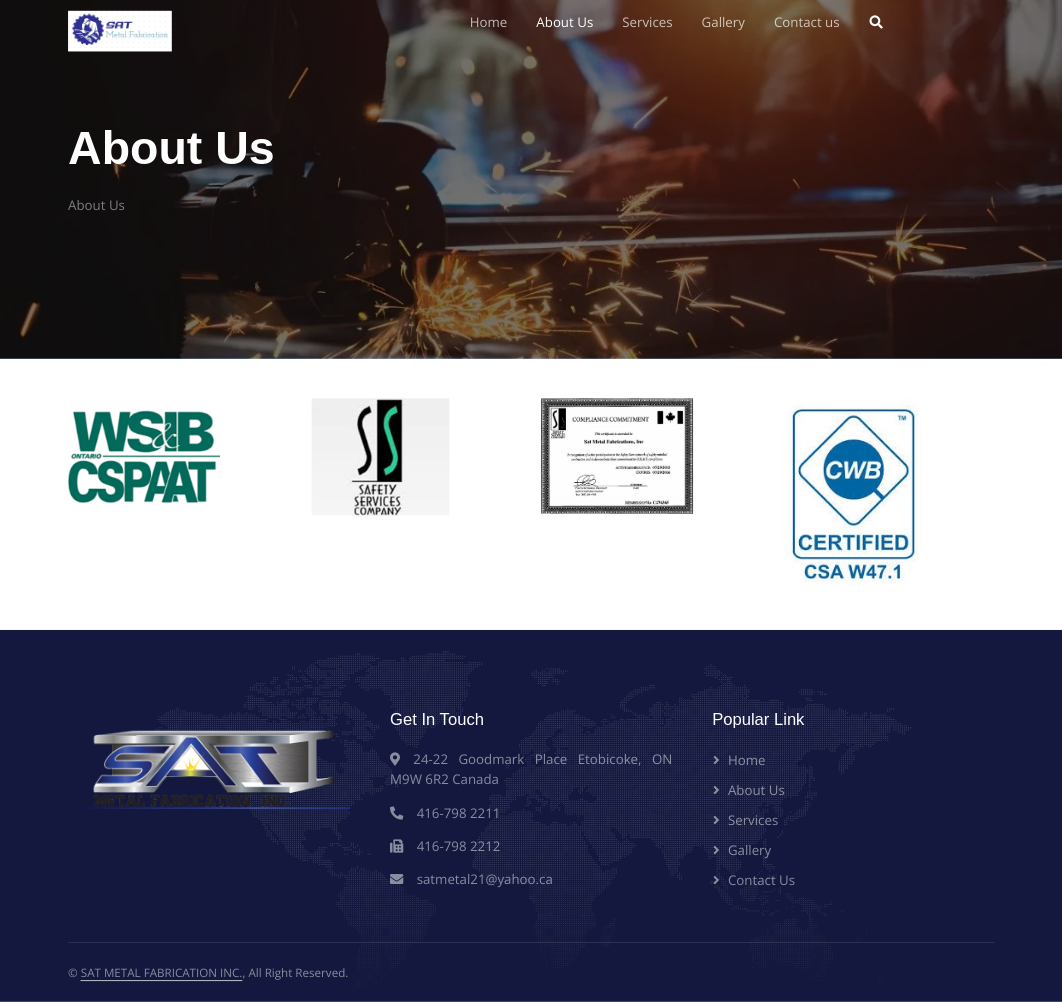
Repository: dzyte-services/satmetal
Page: http://localhost/about.php
The author's editor kept a copy of each file at every save. The page is drawn from the files as they stood at one save, then again after a run of saves.
The browser window is 1280 px wide. The pictures show the whole page, at 83% of full size.
Some web fonts or font styles are not loaded; a fallback is used. Some web libraries are served in a nearby version. The page is run by PHP 8.4 with error messages shown; the project is at /var/www/html/.

Above is the page before, as saved 2023-11-08 10:19:03.

### about.php
<!DOCTYPE html>
<html lang="en">

<head>
    <meta charset="utf-8">
    <title>SAT - About</title>
    <meta content="width=device-width, initial-scale=1.0" name="viewport">
    <meta content="" name="keywords">
    <meta content="" name="description">

    <!-- Favicon -->
    <link href="img/favicon.ico" rel="icon">

    <!-- Google Web Fonts -->
    <link rel="preconnect" href="https://fonts.googleapis.com">
    <link rel="preconnect" href="https://fonts.gstatic.com" crossorigin>
    <link href="https://fonts.googleapis.com/css2?family=Open+Sans:wght@400;600&family=Ubuntu:wght@500;700&display=swap"
        rel="stylesheet">

    <!-- Icon Font Stylesheet -->
    <link href="https://cdnjs.cloudflare.com/ajax/libs/font-awesome/5.10.0/css/all.min.css" rel="stylesheet">
    <link href="https://cdn.jsdelivr.net/npm/bootstrap-icons@1.4.1/font/bootstrap-icons.css" rel="stylesheet">

    <!-- Libraries Stylesheet -->
    <link href="lib/animate/animate.min.css" rel="stylesheet">
    <link href="lib/owlcarousel/assets/owl.carousel.min.css" rel="stylesheet">

    <!-- Customized Bootstrap Stylesheet -->
    <link href="css/bootstrap.min.css" rel="stylesheet">

    <!-- Template Stylesheet -->
    <link href="css/style.css" rel="stylesheet">
</head>

<body>
    <!-- Spinner Start -->
    <!-- <div id="spinner"
        class="show bg-white position-fixed translate-middle w-100 vh-100 top-50 start-50 d-flex align-items-center justify-content-center">
        <div class="spinner-grow text-primary" style="width: 3rem; height: 3rem;" role="status">
            <span class="sr-only">Loading...</span>
        </div>
    </div> -->
    <!-- Spinner End -->


    <!-- Navbar Start -->
    <?php
        include "header.php";
    ?>
    <!-- Navbar End -->





    <!-- Full Screen Search Start -->
    <div class="modal fade" id="searchModal" tabindex="-1">
        <div class="modal-dialog modal-fullscreen">
            <div class="modal-content" style="background: rgba(20, 24, 62, 0.7);">
                <div class="modal-header border-0">
                    <button type="button" class="btn btn-square bg-white btn-close" data-bs-dismiss="modal"
                        aria-label="Close"></button>
                </div>
                <div class="modal-body d-flex align-items-center justify-content-center">
                    <div class="input-group" style="max-width: 600px;">
                        <input type="text" class="form-control bg-transparent border-light p-3"
                            placeholder="Type search keyword">
                        <button class="btn btn-light px-4"><i class="bi bi-search"></i></button>
                    </div>
                </div>
            </div>
        </div>
    </div>
    <!-- Full Screen Search End -->


    <!-- About Start -->
    <!-- Modal gallery -->
    <!-- Section: Images -->
    <div class="container-fluid py-5">
        <div class="container">
            <div class="row d-flex justify-content-center">
                <!-- Left Image -->
                <div class="col-lg-3 mb-4 mb-lg-0">
                    <div class="bg-image hover-overlay ripple shadow-1-strong rounded" data-ripple-color="light">
                        <img src="img/img2.png" class="" style='width:70%;' /> <!-- Adjust width to your needs -->
                        <a href="#!" data-mdb-toggle="modal" data-mdb-target="#exampleModal2">
                            <div class="mask" style="background-color: rgba(251, 251, 251, 0.2);"></div>
                        </a>
                    </div>
                </div>

                <!-- Right Image -->
                <div class="col-lg-3 mb-4 mb-lg-0">
                    <div class="bg-image hover-overlay ripple shadow-1-strong rounded" data-ripple-color="light">
                        <img src="img/img3.png" class="" style='width:70%;' /> <!-- Adjust width to your needs -->
                        <a href="#!" data-mdb-toggle="modal" data-mdb-target="#exampleModal2">
                            <div class="mask" style="background-color: rgba(251, 251, 251, 0.2);"></div>
                        </a>
                    </div>
                </div>

                <div class="col-lg-3 mb-4 mb-lg-0">
                    <div class="bg-image hover-overlay ripple shadow-1-strong rounded" data-ripple-color="light">
                        <img src="img/img1.png" class="" style='width:70%;' /> <!-- Adjust width to your needs -->
                        <a href="#!" data-mdb-toggle="modal" data-mdb-target="#exampleModal2">
                            <div class="mask" style="background-color: rgba(251, 251, 251, 0.2);"></div>
                        </a>
                    </div>
                </div>
                <div class="col-lg-3 mb-4 mb-lg-0">
                    <div class="bg-image hover-overlay ripple shadow-1-strong rounded" data-ripple-color="light">
                        <img src="img/img4.jpeg" class="" style='width:70%;' /> <!-- Adjust width to your needs -->
                        <a href="#!" data-mdb-toggle="modal" data-mdb-target="#exampleModal2">
                            <div class="mask" style="background-color: rgba(251, 251, 251, 0.2);"></div>
                        </a>
                    </div>
                </div>
            </div>

        </div>
    </div>


    <!-- Footer Start -->
    <?php
        include "footer.php";
    ?>
    <!-- Footer End -->


    <!-- Back to Top -->
    <a href="#" class="btn btn-lg btn-primary btn-lg-square back-to-top pt-2"><i class="bi bi-arrow-up"></i></a>


    <!-- JavaScript Libraries -->
    <script src="https://ajax.googleapis.com/ajax/libs/jquery/3.6.1/jquery.min.js"></script>
    <script src="https://cdn.jsdelivr.net/npm/bootstrap@5.0.0/dist/js/bootstrap.bundle.min.js"></script>
    <script src="lib/wow/wow.min.js"></script>
    <script src="lib/easing/easing.min.js"></script>
    <script src="lib/waypoints/waypoints.min.js"></script>
    <script src="lib/counterup/counterup.min.js"></script>
    <script src="lib/owlcarousel/owl.carousel.min.js"></script>

    <!-- Template Javascript -->
    <script src="js/main.js"></script>
</body>

</html>

### header.php
    <?php
        $currentPage1 = basename($_SERVER['PHP_SELF']);
    ?>
    <!-- Spinner Start -->
    <div id="spinner"
        class="show bg-white position-fixed translate-middle w-100 vh-100 top-50 start-50 d-flex align-items-center justify-content-center">
        <div class="spinner-grow text-primary" style="width: 3rem; height: 3rem;" role="status">
            <span class="sr-only">Loading...</span>
        </div>
    </div>
    <!-- Spinner End -->


    <!-- Navbar Start -->
    <div class="container-fluid sticky-top">
        <div class="container">
            <nav class="navbar navbar-expand-lg navbar-dark p-0">
                <div class="row">
                    <div class="col-lg-4">
                        <a href="index.php" class="navbar-brand">
                            <img class="img-fluid" width="40%" height="40%" src="img/logo1.jpeg" alt="">
                        </a>
                        <button type="button" class="navbar-toggler ms-auto me-0" data-bs-toggle="collapse"
                            data-bs-target="#navbarCollapse">
                            <span class="navbar-toggler-icon"></span>
                        </button>
                    </div>
                    <div class="col-lg-8 ">
                    <div class="collapse navbar-collapse" id="navbarCollapse">
                    <div class="navbar-nav ms-auto">
                        <a href="index.php" class="nav-item nav-link  <?php echo ($currentPage1 === 'index.php') ? 'active' : ''; ?>">Home</a>
                        <a href="about.php" class="nav-item nav-link <?php echo ($currentPage1 === 'about.php') ? 'active' : ''; ?>">About Us</a>
                        <a href="service.php" class="nav-item nav-link <?php echo ($currentPage1 === 'service.php') ? 'active' : ''; ?>">Services</a>
                        <a href="project.php" class="nav-item nav-link <?php echo ($currentPage1 === 'project.php') ? 'active' : ''; ?>">Gallery</a>

                        <a href="contact.php" class="nav-item nav-link <?php echo ($currentPage1 === 'contact.php') ? 'active' : ''; ?>">Contact us</a>
                    </div>
                    <butaton type="button" class="btn text-white p-0 d-none d-lg-block" data-bs-toggle="modal"
                        data-bs-target="#searchModal"><i class="fa fa-search"></i></butaton>
                </div>
                    </div>
                </div>


            </nav>
        </div>
    </div>
    <!-- Navbar End -->

    <div>
          <?php
                $currentPage = $_SERVER['SCRIPT_NAME'];
                $current_page = basename($currentPage);

                if ($current_page === "index.php") {
                    include("header/home.php");
                } elseif ($current_page === "about.php") {
                    include("header/about.php");
                } elseif ($current_page === "service.php") {
                    include("header/service.php");
                } elseif ($current_page === "project.php") {
                    include("header/gallery.php");
                } elseif ($current_page === "contact.php") {
                    include("header/contact.php");
                }



            ?>
    </div>

### header/about.php
<!-- Hero Start -->
<div class="container-fluid pt-5 bg-primary hero-header">
        <div class="container pt-5">
            <div class="row g-5 pt-5">
                <div class="col-lg-6 align-self-center text-center text-lg-start mb-lg-5">
                    <h1 class="display-4 text-white mb-4 animated slideInRight">About Us</h1>
                    <nav aria-label="breadcrumb">
                        <ol class="breadcrumb justify-content-center justify-content-lg-start mb-0">
                            <!-- <li class="breadcrumb-item"><a class="text-white" href="#">Home</a></li> -->
                            <!-- <li class="breadcrumb-item"><a class="text-white" href="#">Pages</a></li> -->
                            <li class="breadcrumb-item text-white active" aria-current="page">About Us</li>
                        </ol>
                    </nav>
                </div>
            </div>
        </div>
    </div>
    <!-- Hero End -->

### css/style.css
/********** Template CSS **********/
:root {
    --primary: #1363C6;
    --secondary: #15ACE1;
    --light: #F4F7FE;
    --dark: #14183E;
}


/*** Spinner ***/
#spinner {
    opacity: 0;
    visibility: hidden;
    transition: opacity .5s ease-out, visibility 0s linear .5s;
    z-index: 99999;
}

#spinner.show {
    transition: opacity .5s ease-out, visibility 0s linear 0s;
    visibility: visible;
    opacity: 1;
}

.back-to-top {
    position: fixed;
    display: none;
    right: 45px;
    bottom: 45px;
    z-index: 99;
}


/*** Heading ***/
h1,
h2,
h3,
.fw-bold {
    font-weight: 700 !important;
}

h4,
h5,
h6,
.fw-medium {
    font-weight: 500 !important;
}


/*** Button ***/
.btn {
    font-weight: 500;
    transition: .5s;
}

.btn-square {
    width: 38px;
    height: 38px;
}

.btn-sm-square {
    width: 32px;
    height: 32px;
}

.btn-lg-square {
    width: 48px;
    height: 48px;
}

.btn-square,
.btn-sm-square,
.btn-lg-square {
    padding: 0;
    display: flex;
    align-items: center;
    justify-content: center;
    font-weight: normal;
    border-radius: 50px;
}


/*** Navbar ***/
.sticky-top {
    top: -150px;
    transition: .5s;
}

.navbar {
    padding: 11px 0 !important;
    height: 75px;
}

.navbar .navbar-nav .nav-link {
    margin-right: 35px;
    padding: 0;
    color: rgba(255, 255, 255, .7);
    outline: none;
}

.navbar .navbar-nav .nav-link:hover,
.navbar .navbar-nav .nav-link.active {
    color: rgba(255, 255, 255, 1);
}

.navbar .dropdown-toggle::after {
    border: none;
    content: "\f107";
    font-family: "Font Awesome 5 Free";
    font-weight: 900;
    vertical-align: middle;
    margin-left: 8px;
}

@media (max-width: 991.98px) {
    .navbar .navbar-nav {
        padding: 0 15px;
        background: var(--primary);
    }

    .navbar .navbar-nav .nav-link  {
        margin-right: 0;
        padding: 10px 0;
    }
}

@media (min-width: 992px) {
    .navbar .nav-item .dropdown-menu {
        display: block;
        border: none;
        margin-top: 0;
        top: 150%;
        opacity: 0;
        visibility: hidden;
        transition: .5s;
    }

    .navbar .nav-item:hover .dropdown-menu {
        top: 100%;
        visibility: visible;
        transition: .5s;
        opacity: 1;
    }
}


/*** Hero Header ***/
.hero-header {
    margin-top: -75px;
    background: url(../img/background2.webp) center center no-repeat ;
    background-size: cover;
    width: 100%;
    background-size: cover;
    position: relative;
    min-height: 60vh;
    padding: 160px 0 60px 0;

}
.hero-header::before {
    content: "";
    position: absolute;
    top: 0;
    left: 0;
    width: 100%;
    height: 100%;
    background: rgba(0, 0, 0, 0.5); /* Adjust the opacity as needed (0.5 for 50% opacity) */
}

.hero-header .breadcrumb-item+.breadcrumb-item::before {
    color: var(--light);
}


/*** Section Title ***/
.section-title::before {
    position: absolute;
    content: "";
    width: 45px;
    height: 4px;
    bottom: 0;
    left: 0;
    background: var(--dark);
}

.section-title::after {
    position: absolute;
    content: "";
    width: 4px;
    height: 4px;
    bottom: 0;
    left: 50px;
    background: var(--dark);
}

.section-title.text-center::before {
    left: 50%;
    margin-left: -25px;
}

.section-title.text-center::after {
    left: 50%;
    margin-left: 25px;
}

.section-title h6::before,
.section-title h6::after {
    position: absolute;
    content: "";
    width: 10px;
    height: 10px;
    top: 2px;
    left: 0;
    background: rgba(33, 66, 177, .5);
}

.section-title h6::after {
    top: 5px;
    left: 3px;
}


/*** About ***/
.about-img {
    position: relative;
    overflow: hidden;
}

.about-img::after {
    position: absolute;
    content: "";
    width: 100%;
    height: 100%;
    top: 0;
    left: 0;
    background: url(../img/bg-about-img.png) top left no-repeat;
    background-size: contain;
}


/*** Service ***/
.service-item {
    position: relative;
    padding: 45px 30px;
    background: #FFFFFF;
    transition: .5s;
}

.service-item:hover {
    background: var(--primary);
}

.service-item .service-icon {
    margin: 0 auto 20px auto;
    width: 90px;
    height: 90px;
    color: var(--primary);
    background: var(--light);
    transition: .5s;
}

.service-item:hover .service-icon {
    background: #FFFFFF;
}

.service-item h5,
.service-item p {
    transition: .5s;
}

.service-item:hover h5,
.service-item:hover p {
    color: #FFFFFF;
}

.service-item a.btn {
    position: relative;
    display: flex;
    color: var(--primary);
    transition: .5s;
    z-index: 1;
}

.service-item:hover a.btn {
    color: var(--primary);
}

.service-item a.btn::before {
    position: absolute;
    content: "";
    width: 35px;
    height: 35px;
    top: 0;
    left: 0;
    border-radius: 35px;
    background: var(--light);
    transition: .5s;
    z-index: -1;
}

.service-item:hover a.btn::before {
    width: 100%;
    background: var(--light);
}


/*** Feature ***/
.feature {
    background: url(../img/bg-hero.png) center center no-repeat;
    background-size: cover;
}


/*** Newsletter ***/
.newsletter {
    background: url(../img/bg-hero.png) center center no-repeat;
    background-size: cover;
}

@media (min-width: 992px) {
    .newsletter .container {
        max-width: 100% !important;
    }

    .newsletter .newsletter-text  {
        padding-right: calc(((100% - 960px) / 2) + .75rem);
    }
}

@media (min-width: 1200px) {
    .newsletter .newsletter-text  {
        padding-right: calc(((100% - 1140px) / 2) + .75rem);
    }
}

@media (min-width: 1400px) {
    .newsletter .newsletter-text  {
        padding-right: calc(((100% - 1320px) / 2) + .75rem);
    }
}


/*** Case Study ***/
.case-item img {
    transition: .5s;
}

.case-item:hover img {
    transform: scale(1.2);
}

.case-overlay {
    position: absolute;
    padding: 30px;
    width: 100%;
    height: 100%;
    top: 0;
    left: 0;
    display: flex;
    flex-direction: column;
    align-items: flex-start;
    justify-content: flex-end;
    background: linear-gradient(rgba(20, 24, 62, 0), var(--dark));
    z-index: 1;
}

.case-overlay small {
    display: inline-block;
    padding: 3px 15px;
    color: #FFFFFF;
    background: rgba(20, 24, 62, .7);
    border-radius: 25px;
    margin-bottom: 15px;
}

.case-overlay span.btn:hover {
    color: var(--primary);
    background: #FFFFFF;
    border-color: #FFFFFF;
}


/*** FAQs ***/
.accordion .accordion-item {
    border: none;
    margin-bottom: 15px;
}

.accordion .accordion-button {
    background: var(--light);
    border-radius: 2px;
}

.accordion .accordion-button:not(.collapsed) {
    color: #FFFFFF;
    background: var(--primary);
    box-shadow: none;
}

.accordion .accordion-button:not(.collapsed)::after {
    background-image: url("data:[embedded picture, 261 characters]");
}

.accordion .accordion-body {
    padding: 15px 0 0 0;
}


/*** Testimonial ***/
.testimonial-carousel {
    position: relative;
}

.testimonial-carousel .owl-nav {
    position: absolute;
    width: 40px;
    height: 100%;
    top: calc(50% - 50px);
    left: -21px;
    display: flex;
    flex-direction: column;
    align-items: center;
}

.testimonial-carousel .owl-nav .owl-prev,
.testimonial-carousel .owl-nav .owl-next {
    margin: 5px 0;
    width: 40px;
    height: 40px;
    display: flex;
    align-items: center;
    justify-content: center;
    color: var(--primary);
    background: #FFFFFF;
    border: 1px solid var(--primary);
    border-radius: 40px;
    font-size: 18px;
    transition: .5s;
}

.testimonial-carousel .owl-nav .owl-prev:hover,
.testimonial-carousel .owl-nav .owl-next:hover {
    background: var(--primary);
    color: #FFFFFF;
}

.testimonial-carousel .owl-dots {
    margin-top: 35px;
    margin-left: 3rem;
}

.testimonial-carousel .owl-dot {
    position: relative;
    display: inline-block;
    margin-right: 10px;
    width: 15px;
    height: 15px;
    background: #FFFFFF;
    border: 1px solid var(--primary);
    border-radius: 15px;
    transition: .5s;
}

.testimonial-carousel .owl-dot.active {
    width: 30px;
    background: var(--primary);
}


/*** Team ***/
.team-item {
    transition: .5s;
    border: 1px solid transparent;
    transition: .5s;
}

.team-item:hover {

    border-color: var(--primary);
}


/*** Footer ***/
.footer {
    background: url(../img/footer.png) center center no-repeat;
    background-size: contain;
}

.footer .btn.btn-social {
    margin-right: 5px;
    width: 40px;
    height: 40px;
    display: flex;
    align-items: center;
    justify-content: center;
    color: rgba(255,255,255,.5);
    border: 1px solid rgba(256, 256, 256, .1);
    border-radius: 40px;
    transition: .3s;
}

.footer .btn.btn-social:hover {
    color: var(--primary);
}

.footer .btn.btn-link {
    display: block;
    margin-bottom: 10px;
    padding: 0;
    text-align: left;
    color: rgba(255,255,255,.5);
    font-weight: normal;
    transition: .3s;
}

.footer .btn.btn-link:hover {
    color: #FFFFFF;
}

.footer .btn.btn-link::before {
    position: relative;
    content: "\f105";
    font-family: "Font Awesome 5 Free";
    font-weight: 900;
    margin-right: 10px;
}

.footer .btn.btn-link:hover {
    letter-spacing: 1px;
    box-shadow: none;
}

.footer .copyright {
    padding: 25px 0;
    font-size: 14px;
    border-top: 1px solid rgba(256, 256, 256, .1);
}

.footer .copyright a {
    color: rgba(255,255,255,.5);
}

.footer .copyright a:hover {
    color: #FFFFFF;
}

.footer .footer-menu a {
    margin-right: 15px;
    padding-right: 15px;
    border-right: 1px solid rgba(255, 255, 255, .1);
}

.footer .footer-menu a:last-child {
    margin-right: 0;
    padding-right: 0;
    border-right: none;
}

Loaded but not shown: lib/animate/animate.min.css (library); lib/owlcarousel/assets/owl.carousel.min.css (common file); css/bootstrap.min.css (library); lib/wow/wow.min.js (library); lib/easing/easing.min.js (common file); lib/waypoints/waypoints.min.js (library); lib/counterup/counterup.min.js (common file); lib/owlcarousel/owl.carousel.min.js (library); js/main.js (64 lines, source omitted); footer.php (70 lines, source omitted)

After the next 2 saves:
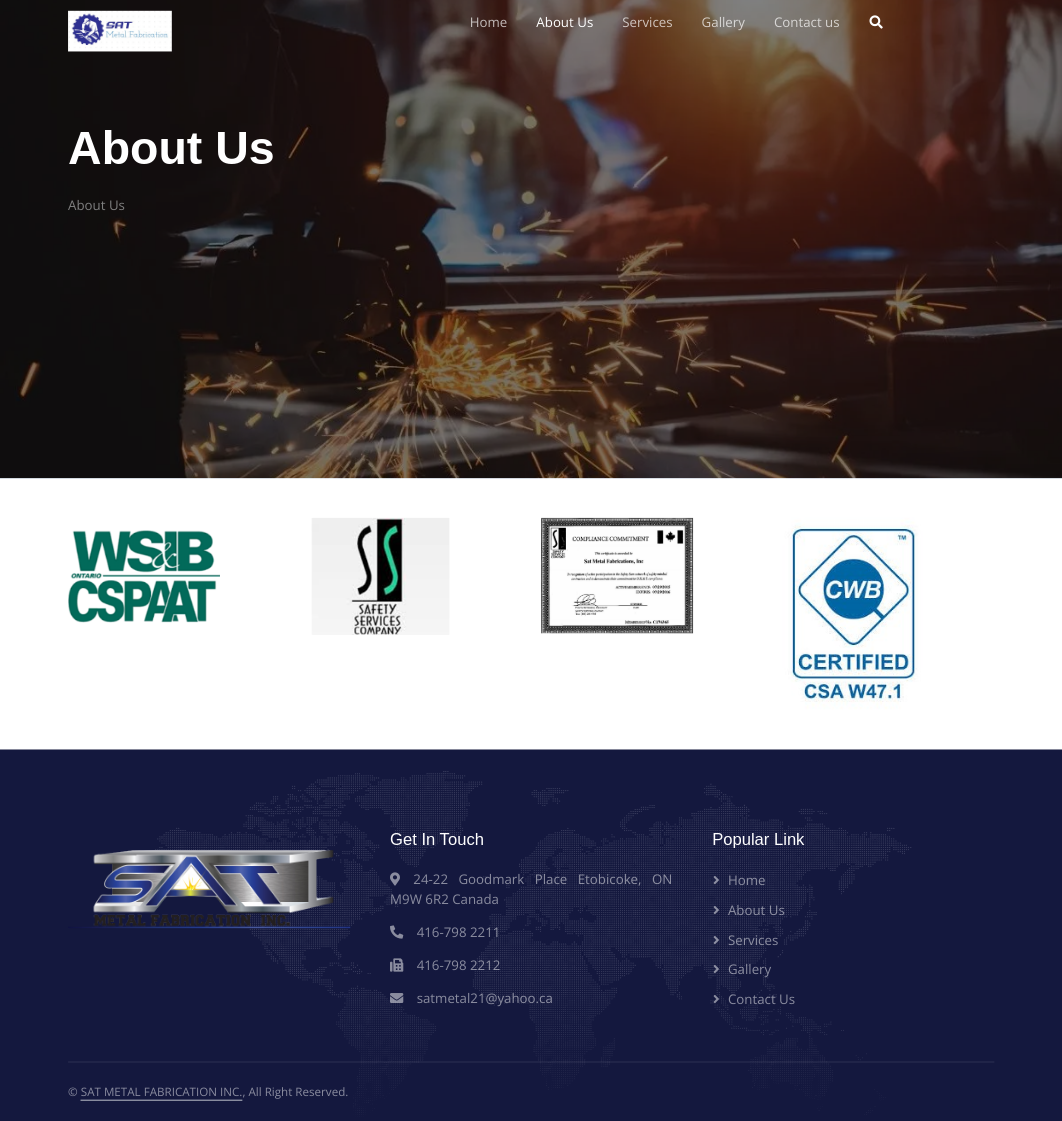
The 2 saves are shown as one change because they came seconds apart.
The last was saved 2 min 36 s later.
--- a/css/style.css
+++ b/css/style.css
@@ -151,7 +151,7 @@
     width: 100%;
     background-size: cover;
     position: relative;
-    min-height: 60vh;
+    min-height: 80vh;
     padding: 160px 0 60px 0;
 
 }
